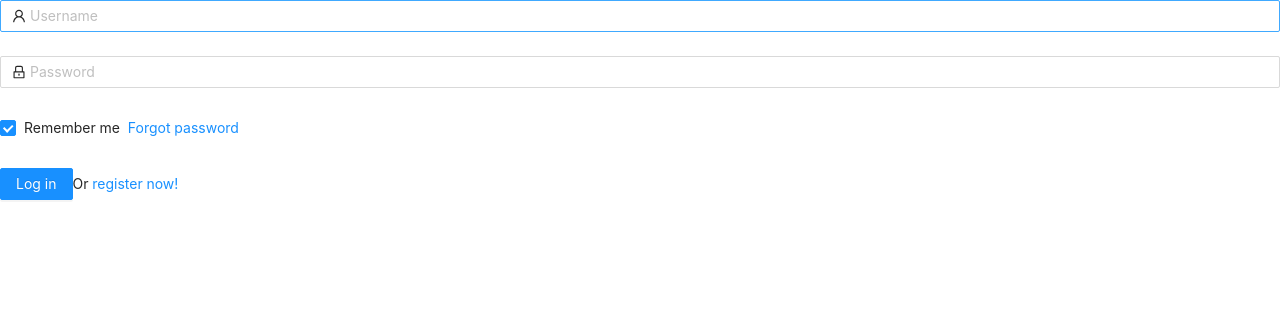
Repository: 13982720426/demo01
Page: /#/login
An editor plug-in stored every save of this project. The page is shown before and after a run of saves, followed by the edit.
The browser window is 1280 px wide. The pictures show the whole page.
The project was rebuilt for these pictures with package versions that can differ from the ones it lists, and the page was loaded fresh each time. Also part of the build but not shown: src/pages/admin/dashboard/Index.js, src/pages/admin/products/List.js, src/pages/admin/products/Edit.js, src/pages/PageNotFound.js, src/components/Frame/Index.js, src/App.js.

Above is the page before, as saved 2021-04-04 21:25:53.

After the next 2 saves:
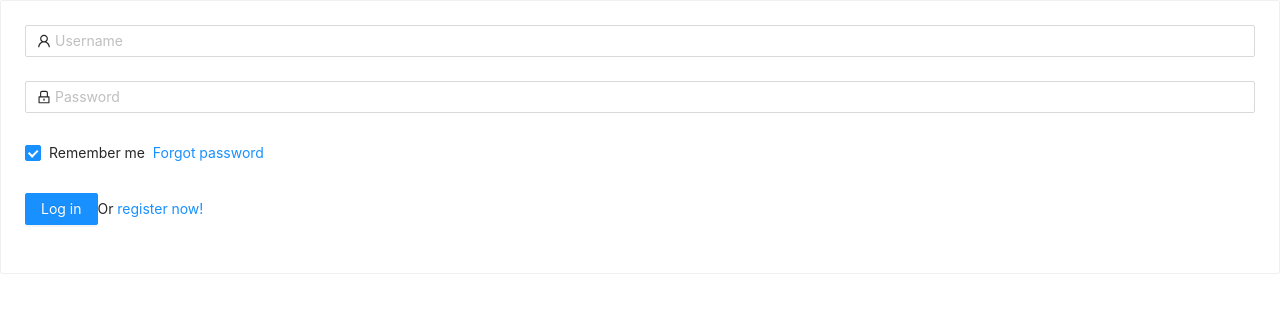
The 2 saves are shown as one change because 1 did not build or start.
The last was saved 91 s later.
--- a/src/pages/Login.js
+++ b/src/pages/Login.js
@@ -1,65 +1,71 @@
 import React from 'react'
-import { Form, Input, Button, Checkbox } from 'antd'
+import { Form, Input, Button, Checkbox, Card } from 'antd'
 import { UserOutlined, LockOutlined } from '@ant-design/icons'
 function Login(props) {
   const onFinish = (values) => {
     console.log('Received values of form: ', values)
   }
   return (
-    <Form
-      name="normal_login"
-      className="login-form"
-      initialValues={{
-        remember: true,
-      }}
-      onFinish={onFinish}
-    >
-      <Form.Item
-        name="username"
-        rules={[
-          {
-            required: true,
-            message: 'Please input your Username!',
-          },
-        ]}
+    <Card>
+      <Form
+        name="normal_login"
+        className="login-form"
+        initialValues={{
+          remember: true,
+        }}
+        onFinish={onFinish}
       >
-        <Input
-          prefix={<UserOutlined className="site-form-item-icon" />}
-          placeholder="Username"
-        />
-      </Form.Item>
-      <Form.Item
-        name="password"
-        rules={[
-          {
-            required: true,
-            message: 'Please input your Password!',
-          },
-        ]}
-      >
-        <Input
-          prefix={<LockOutlined className="site-form-item-icon" />}
-          type="password"
-          placeholder="Password"
-        />
-      </Form.Item>
-      <Form.Item>
-        <Form.Item name="remember" valuePropName="checked" noStyle>
-          <Checkbox>Remember me</Checkbox>
+        <Form.Item
+          name="username"
+          rules={[
+            {
+              required: true,
+              message: 'Please input your Username!',
+            },
+          ]}
+        >
+          <Input
+            prefix={<UserOutlined className="site-form-item-icon" />}
+            placeholder="Username"
+          />
+        </Form.Item>
+        <Form.Item
+          name="password"
+          rules={[
+            {
+              required: true,
+              message: 'Please input your Password!',
+            },
+          ]}
+        >
+          <Input
+            prefix={<LockOutlined className="site-form-item-icon" />}
+            type="password"
+            placeholder="Password"
+          />
+        </Form.Item>
+        <Form.Item>
+          <Form.Item name="remember" valuePropName="checked" noStyle>
+            <Checkbox>Remember me</Checkbox>
+          </Form.Item>
+
+          <a className="login-form-forgot" href="">
+            Forgot password
+          </a>
         </Form.Item>
 
-        <a className="login-form-forgot" href="">
-          Forgot password
-        </a>
-      </Form.Item>
-
-      <Form.Item>
-        <Button type="primary" htmlType="submit" className="login-form-button">
-          Log in
-        </Button>
-        Or <a href="">register now!</a>
-      </Form.Item>
-    </Form>
+        <Form.Item>
+          <Button
+            type="primary"
+            htmlType="submit"
+            className="login-form-button"
+          >
+            Log in
+          </Button>
+          Or <a href="">register now!</a>
+        </Form.Item>
+      </Form>
+    </Card>
   )
 }
 
